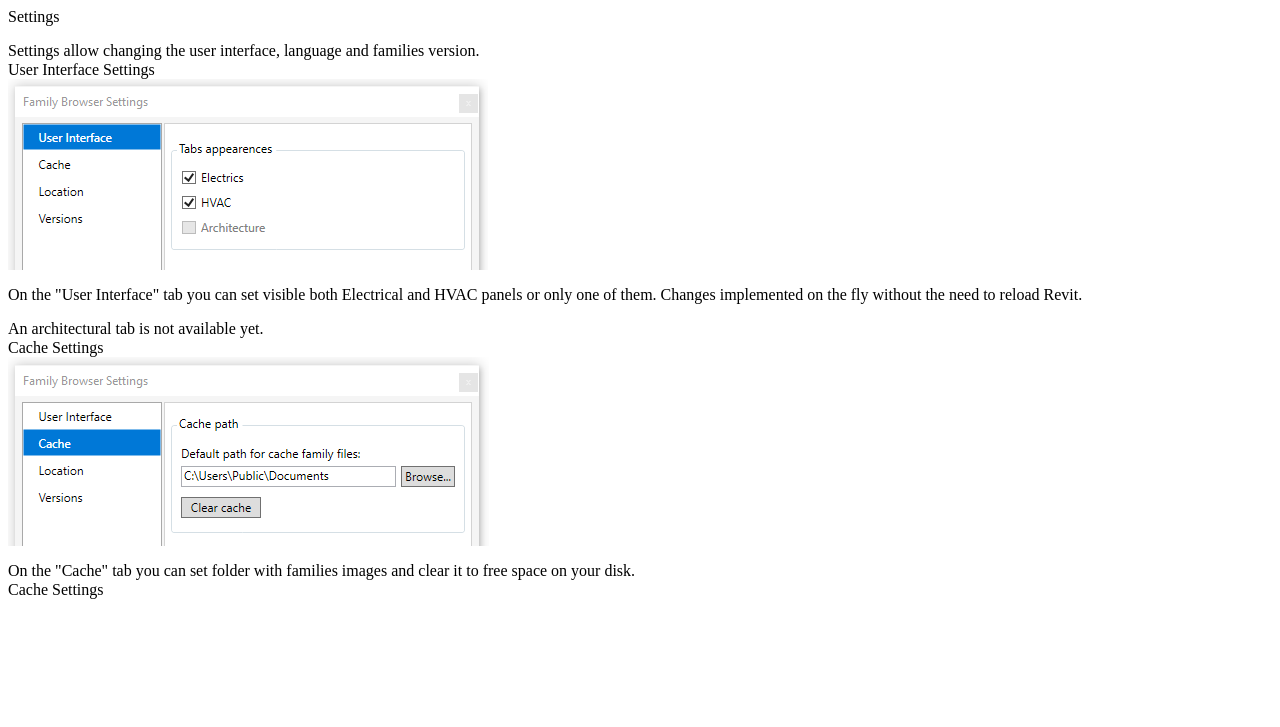
Repository: RomanLavrov/FamilyBrowserUserGuide
Page: http://localhost/FamilyBrowser/application/views/en/settings_view.php
An editor plug-in stored every save of this project. The page is shown before and after a run of saves, followed by the edit.
The browser window is 1280 px wide. The pictures show the whole page.
The page is run by PHP 8.4 with error messages shown; the project is at /var/www/html/.

Above is the page before, as saved 2019-10-23 15:52:52.

### FamilyBrowser/application/views/en/settings_view.php
<div class="article-header">Settings</div>
<div class="article-content" style="margin-bottom:-15px;">
      <p>
            Settings allow changing the user interface, language and families version.
      </p>
</div>

<div class="article-header">User Interface Settings</div>
<div class="article-content" style="margin-bottom:-15px;">
      <div class="row">
            <div class="col-md-5" style="min-width:480px">
                  <img style="margin-left:0" class="illustration" src="/FamilyBrowser/images/Tab_Settings_en.png" alt="" />
            </div>

            <div class="col-md-5">
                  <p>On the "User Interface" tab you can set visible both Electrical and HVAC panels or only one of them.
                        Changes implemented on the fly without the need to reload Revit. </p>
                  <p>An architectural tab is not available yet.</p>
            </div>
      </div>
</div>

<div class="article-header">Cache Settings</div>
<div class="article-content" style="margin-bottom:-15px;">
      <div class="row">
            <div class="col-md-5" style="min-width:480px">
            <img style="margin-left:0" class="illustration" src="/FamilyBrowser/images/Tab_Cache_en.png" alt="" />
            </div>
            <div class="col-md-5">
                  <p>
                        On the "Cache" tab you can set folder with families images and clear it to free space on your disk.
                  </p>
            </div>
      </div>
</div>

<div class="article-header">Cache Settings</div>
<div class="article-content" style="margin-bottom:-15px;">

After the next 5 saves:
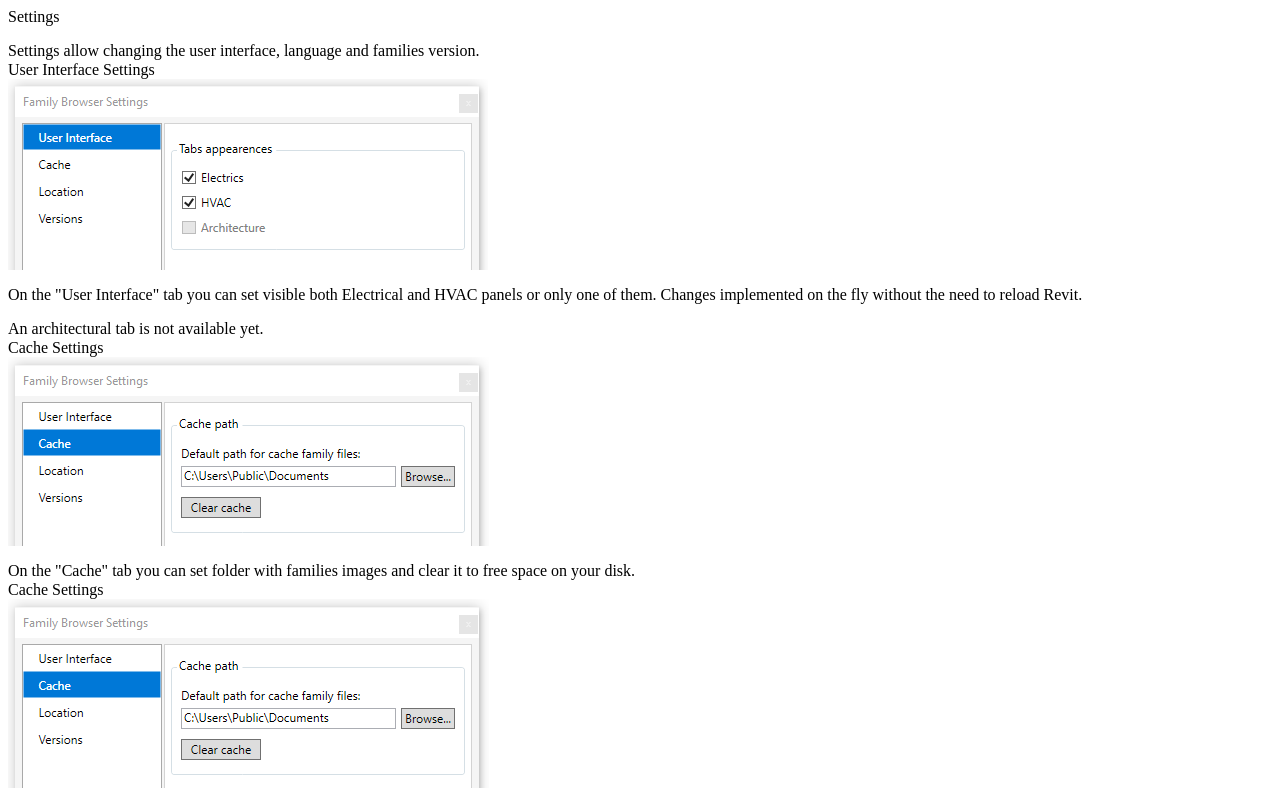
The 5 saves are shown as one change because they came seconds apart.
The last was saved 15 s later.
--- a/FamilyBrowser/application/views/en/settings_view.php
+++ b/FamilyBrowser/application/views/en/settings_view.php
@@ -36,3 +36,10 @@
 
 <div class="article-header">Cache Settings</div>
 <div class="article-content" style="margin-bottom:-15px;">
+<div class="row">
+            <div class="col-md-5" style="min-width:480px">
+            <img style="margin-left:0" class="illustration" src="/FamilyBrowser/images/Tab_Cache_en.png" alt="" />
+            </div>
+            <div class="col-md-5">
+</div>
+</div>
